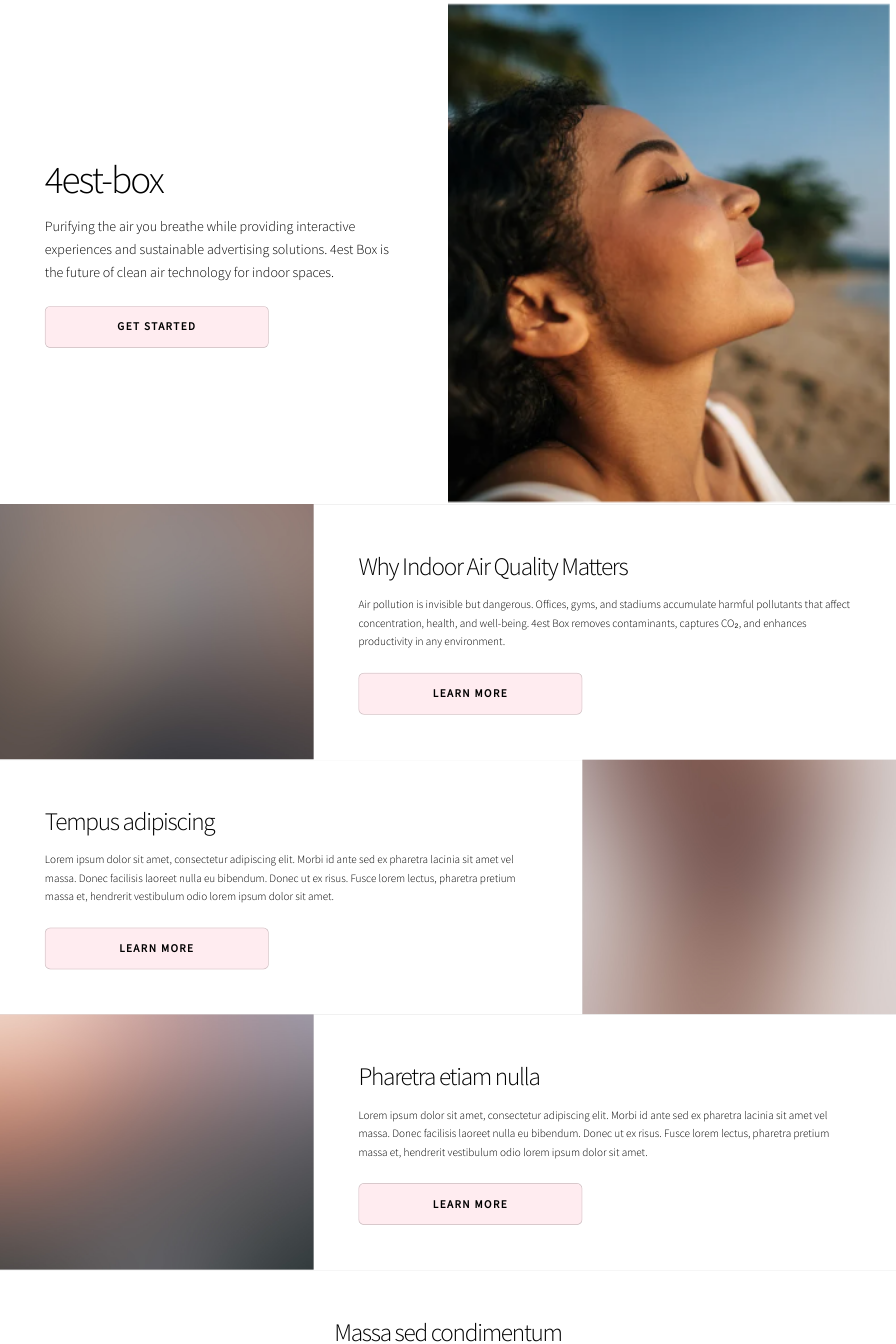
Repository: alejandroRdzGarza/4est-box-landing-page
Page: index.html
An editor plug-in stored every save of this project. The page is shown before and after a run of saves, followed by the edit.
The browser window is 1280 px wide. The pictures show the part of the page from y = 0 to 1920 px (the page is 5742 px tall), at 70% of full size.

Above is the page before, as saved 2025-03-04 18:58:38.

### index.html
<!DOCTYPE HTML>
<!--
	Story by HTML5 UP
	html5up.net | @ajlkn
	Free for personal and commercial use under the CCA 3.0 license (html5up.net/license)
-->
<html>
	<head>
		<title>Story by HTML5 UP</title>
		<meta charset="utf-8" />
		<meta name="viewport" content="width=device-width, initial-scale=1, user-scalable=no" />
		<link rel="stylesheet" href="assets/css/main.css" />
		<link rel="stylesheet" href="assets/css/pricing-table.css" />
		<noscript><link rel="stylesheet" href="assets/css/noscript.css" /></noscript>
	</head>
	<body class="is-preload">

		<!-- Wrapper -->
			<div id="wrapper" class="divided">

				<!-- One -->
					<section class="banner style1 orient-left content-align-left image-position-right fullscreen onload-image-fade-in onload-content-fade-right">
						<div class="content">
							<h1>4est-box</h1>
							<p class="major">Purifying the air you breathe while providing interactive experiences and sustainable advertising solutions. 4est Box is the future of clean air technology for indoor spaces.</p>
							<ul class="actions stacked">
								<li><a href="#first" class="button big wide smooth-scroll-middle">Get Started</a></li>
							</ul>
						</div>
						<div class="image">
							<img src="images-landing/5.png" alt="" />
						</div>
					</section>

				<!-- Two -->
					<section class="spotlight style1 orient-right content-align-left image-position-center onscroll-image-fade-in" id="first">
						<div class="content">
							<h2>Why Indoor Air Quality Matters</h2>
							<p>Air pollution is invisible but dangerous. Offices, gyms, and stadiums accumulate harmful pollutants that affect concentration, health, and well-being. 4est Box removes contaminants, captures CO₂, and enhances productivity in any environment.</p>
							<ul class="actions stacked">
								<li><a href="#" class="button">Learn More</a></li>
							</ul>
						</div>
						<div class="image">
							<img src="images/spotlight01.jpg" alt="" />
						</div>
					</section>

				<!-- Three -->
					<section class="spotlight style1 orient-left content-align-left image-position-center onscroll-image-fade-in">
						<div class="content">
							<h2>Tempus adipiscing</h2>
							<p>Lorem ipsum dolor sit amet, consectetur adipiscing elit. Morbi id ante sed ex pharetra lacinia sit amet vel massa. Donec facilisis laoreet nulla eu bibendum. Donec ut ex risus. Fusce lorem lectus, pharetra pretium massa et, hendrerit vestibulum odio lorem ipsum dolor sit amet.</p>
							<ul class="actions stacked">
								<li><a href="#" class="button">Learn More</a></li>
							</ul>
						</div>
						<div class="image">
							<img src="images/spotlight02.jpg" alt="" />
						</div>
					</section>

				<!-- Four -->
					<section class="spotlight style1 orient-right content-align-left image-position-center onscroll-image-fade-in">
						<div class="content">
							<h2>Pharetra etiam nulla</h2>
							<p>Lorem ipsum dolor sit amet, consectetur adipiscing elit. Morbi id ante sed ex pharetra lacinia sit amet vel massa. Donec facilisis laoreet nulla eu bibendum. Donec ut ex risus. Fusce lorem lectus, pharetra pretium massa et, hendrerit vestibulum odio lorem ipsum dolor sit amet.</p>
							<ul class="actions stacked">
								<li><a href="#" class="button">Learn More</a></li>
							</ul>
						</div>
						<div class="image">
							<img src="images/spotlight03.jpg" alt="" />
						</div>
					</section>

				<!-- Five -->
					<section class="wrapper style1 align-center">
						<div class="inner">
							<h2>Massa sed condimentum</h2>
							<p>Lorem ipsum dolor sit amet, consectetur adipiscing elit. Morbi id ante sed ex pharetra lacinia sit amet vel massa. Donec facilisis laoreet nulla eu bibendum. Donec ut ex risus. Fusce lorem lectus, pharetra pretium massa et, hendrerit vestibulum odio lorem ipsum.</p>
						</div>

						<!-- Gallery -->
							<div class="gallery style2 medium lightbox onscroll-fade-in">
								<article>
									<a href="images/gallery/fulls/01.jpg" class="image">
										<img src="images/gallery/thumbs/01.jpg" alt="" />
									</a>
									<div class="caption">
										<h3>Ipsum Dolor</h3>
										<p>Lorem ipsum dolor amet, consectetur magna etiam elit. Etiam sed ultrices.</p>
										<ul class="actions fixed">
											<li><span class="button small">Details</span></li>
										</ul>
									</div>
								</article>
								<article>
									<a href="images/gallery/fulls/02.jpg" class="image">
										<img src="images/gallery/thumbs/02.jpg" alt="" />
									</a>
									<div class="caption">
										<h3>Feugiat Lorem</h3>
										<p>Lorem ipsum dolor amet, consectetur magna etiam elit. Etiam sed ultrices.</p>
										<ul class="actions fixed">
											<li><span class="button small">Details</span></li>
										</ul>
									</div>
								</article>
								<article>
									<a href="images/gallery/fulls/03.jpg" class="image">
										<img src="images/gallery/thumbs/03.jpg" alt="" />
									</a>
									<div class="caption">
										<h3>Magna Amet</h3>
										<p>Lorem ipsum dolor amet, consectetur magna etiam elit. Etiam sed ultrices.</p>
										<ul class="actions fixed">
											<li><span class="button small">Details</span></li>
										</ul>
									</div>
								</article>
								<article>
									<a href="images/gallery/fulls/04.jpg" class="image">
										<img src="images/gallery/thumbs/04.jpg" alt="" />
									</a>
									<div class="caption">
										<h3>Sed Tempus</h3>
										<p>Lorem ipsum dolor amet, consectetur magna etiam elit. Etiam sed ultrices.</p>
										<ul class="actions fixed">
											<li><span class="button small">Details</span></li>
										</ul>
									</div>
								</article>
								<article>
									<a href="images/gallery/fulls/05.jpg" class="image">
										<img src="images/gallery/thumbs/05.jpg" alt="" />
									</a>
									<div class="caption">
										<h3>Ultrices Magna</h3>
										<p>Lorem ipsum dolor amet, consectetur magna etiam elit. Etiam sed ultrices.</p>
										<ul class="actions fixed">
											<li><span class="button small">Details</span></li>
										</ul>
									</div>
								</article>
								<article>
									<a href="images/gallery/fulls/06.jpg" class="image">
										<img src="images/gallery/thumbs/06.jpg" alt="" />
									</a>
									<div class="caption">
										<h3>Sed Tempus</h3>
										<p>Lorem ipsum dolor amet, consectetur magna etiam elit. Etiam sed ultrices.</p>
										<ul class="actions fixed">
											<li><span class="button small">Details</span></li>
										</ul>
									</div>
								</article>
								<article>
									<a href="images/gallery/fulls/07.jpg" class="image">
										<img src="images/gallery/thumbs/07.jpg" alt="" />
									</a>
									<div class="caption">
										<h3>Ipsum Lorem</h3>
										<p>Lorem ipsum dolor amet, consectetur magna etiam elit. Etiam sed ultrices.</p>
										<ul class="actions fixed">
											<li><span class="button small">Details</span></li>
										</ul>
									</div>
								</article>
								<article>
									<a href="images/gallery/fulls/08.jpg" class="image">
										<img src="images/gallery/thumbs/08.jpg" alt="" />
									</a>
									<div class="caption">
										<h3>Magna Risus</h3>
										<p>Lorem ipsum dolor amet, consectetur magna etiam elit. Etiam sed ultrices.</p>
										<ul class="actions fixed">
											<li><span class="button small">Details</span></li>
										</ul>
									</div>
								</article>
								<article>
									<a href="images/gallery/fulls/09.jpg" class="image">
										<img src="images/gallery/thumbs/09.jpg" alt="" />
									</a>
									<div class="caption">
										<h3>Tempus Dolor</h3>
										<p>Lorem ipsum dolor amet, consectetur magna etiam elit. Etiam sed ultrices.</p>
										<ul class="actions fixed">
											<li><span class="button small">Details</span></li>
										</ul>
									</div>
								</article>
								<article>
									<a href="images/gallery/fulls/10.jpg" class="image">
										<img src="images/gallery/thumbs/10.jpg" alt="" />
									</a>
									<div class="caption">
										<h3>Sed Etiam</h3>
										<p>Lorem ipsum dolor amet, consectetur magna etiam elit. Etiam sed ultrices.</p>
										<ul class="actions fixed">
											<li><span class="button small">Details</span></li>
										</ul>
									</div>
								</article>
								<article>
									<a href="images/gallery/fulls/11.jpg" class="image">
										<img src="images/gallery/thumbs/11.jpg" alt="" />
									</a>
									<div class="caption">
										<h3>Magna Lorem</h3>
										<p>Lorem ipsum dolor amet, consectetur magna etiam elit. Etiam sed ultrices.</p>
										<ul class="actions fixed">
											<li><span class="button small">Details</span></li>
										</ul>
									</div>
								</article>
								<article>
									<a href="images/gallery/fulls/12.jpg" class="image">
										<img src="images/gallery/thumbs/12.jpg" alt="" />
									</a>
									<div class="caption">
										<h3>Ipsum Dolor</h3>
										<p>Lorem ipsum dolor amet, consectetur magna etiam elit. Etiam sed ultrices.</p>
										<ul class="actions fixed">
											<li><span class="button small">Details</span></li>
										</ul>
									</div>
								</article>
							</div>

					</section>

				<!-- Six -->
					<section class="wrapper style1 align-center">
						<div class="inner">
							<h2>Ipsum sed consequat</h2>
							<p>Lorem ipsum dolor sit amet, consectetur adipiscing elit. Morbi id ante sed ex pharetra lacinia sit amet vel massa. Donec facilisis laoreet nulla eu bibendum. Donec ut ex risus. Fusce lorem lectus, pharetra pretium massa et, hendrerit vestibulum odio lorem ipsum.</p>
							<div class="items style1 medium onscroll-fade-in">
								<section>
									<span class="icon style2 major fa-gem"></span>
									<h3>Lorem</h3>
									<p>Lorem ipsum dolor sit amet, consectetur adipiscing elit. Morbi dui turpis, cursus eget orci amet aliquam congue semper. Etiam eget ultrices risus nec tempor elit.</p>
								</section>
								<section>
									<span class="icon solid style2 major fa-save"></span>
									<h3>Ipsum</h3>
									<p>Lorem ipsum dolor sit amet, consectetur adipiscing elit. Morbi dui turpis, cursus eget orci amet aliquam congue semper. Etiam eget ultrices risus nec tempor elit.</p>
								</section>
								<section>
									<span class="icon solid style2 major fa-chart-bar"></span>
									<h3>Dolor</h3>
									<p>Lorem ipsum dolor sit amet, consectetur adipiscing elit. Morbi dui turpis, cursus eget orci amet aliquam congue semper. Etiam eget ultrices risus nec tempor elit.</p>
								</section>
								<section>
									<span class="icon solid style2 major fa-wifi"></span>
									<h3>Amet</h3>
									<p>Lorem ipsum dolor sit amet, consectetur adipiscing elit. Morbi dui turpis, cursus eget orci amet aliquam congue semper. Etiam eget ultrices risus nec tempor elit.</p>
								</section>
								<section>
									<span class="icon solid style2 major fa-cog"></span>
									<h3>Magna</h3>
									<p>Lorem ipsum dolor sit amet, consectetur adipiscing elit. Morbi dui turpis, cursus eget orci amet aliquam congue semper. Etiam eget ultrices risus nec tempor elit.</p>
								</section>
								<section>
									<span class="icon style2 major fa-paper-plane"></span>
									<h3>Tempus</h3>
									<p>Lorem ipsum dolor sit amet, consectetur adipiscing elit. Morbi dui turpis, cursus eget orci amet aliquam congue semper. Etiam eget ultrices risus nec tempor elit.</p>
								</section>
								<section>
									<span class="icon solid style2 major fa-desktop"></span>
									<h3>Aliquam</h3>
									<p>Lorem ipsum dolor sit amet, consectetur adipiscing elit. Morbi dui turpis, cursus eget orci amet aliquam congue semper. Etiam eget ultrices risus nec tempor elit.</p>
								</section>
								<section>
									<span class="icon solid style2 major fa-sync-alt"></span>
									<h3>Elit</h3>
									<p>Lorem ipsum dolor sit amet, consectetur adipiscing elit. Morbi dui turpis, cursus eget orci amet aliquam congue semper. Etiam eget ultrices risus nec tempor elit.</p>
								</section>
								<section>
									<span class="icon solid style2 major fa-hashtag"></span>
									<h3>Morbi</h3>
									<p>Lorem ipsum dolor sit amet, consectetur adipiscing elit. Morbi dui turpis, cursus eget orci amet aliquam congue semper. Etiam eget ultrices risus nec tempor elit.</p>
								</section>
								<section>
									<span class="icon solid style2 major fa-bolt"></span>
									<h3>Turpis</h3>
									<p>Lorem ipsum dolor sit amet, consectetur adipiscing elit. Morbi dui turpis, cursus eget orci amet aliquam congue semper. Etiam eget ultrices risus nec tempor elit.</p>
								</section>
								<section>
									<span class="icon solid style2 major fa-envelope"></span>
									<h3>Ultrices</h3>
									<p>Lorem ipsum dolor sit amet, consectetur adipiscing elit. Morbi dui turpis, cursus eget orci amet aliquam congue semper. Etiam eget ultrices risus nec tempor elit.</p>
								</section>
								<section>
									<span class="icon solid style2 major fa-leaf"></span>
									<h3>Risus</h3>
									<p>Lorem ipsum dolor sit amet, consectetur adipiscing elit. Morbi dui turpis, cursus eget orci amet aliquam congue semper. Etiam eget ultrices risus nec tempor elit.</p>
								</section>
							</div>
						</div>
					</section>


					<section class="plans__container">
						<div class="plans">
						<div class="plansHero">
							<h1 class="plansHero__title">Simple, transparent pricing</h1>
							<p class="plansHero__subtitle">No contracts. No suprise fees.</p>
						</div>
						<div class="planItem__container">
							<!--free plan starts -->
							<div class="planItem planItem--free">

							<div class="card">
								<div class="card__header">
								<div class="card__icon symbol symbol--rounded"></div>
								<h2>Free</h2>
								</div>
								<div class="card__desc">Lorem ipsum dolor sit amet, consectetur adipisicing elit, sed do</div>
							</div>

							<div class="price">$0<span>/ month</span></div>

							<ul class="featureList">
								<li>2 links</li>
								<li>Own analytics platform</li>
								<li class="disabled">Chat support</li>
								<li class="disabled">Mobile application</li>
								<li class="disabled">Unlimited users</li>
							</ul>

							<button class="button">Get Started</button>
							</div>
							<!--free plan ends -->

							<!--pro plan starts -->
							<div class="planItem planItem--pro">
							<div class="card">
								<div class="card__header">
								<div class="card__icon symbol"></div>
								<h2>Pro</h2>
								<div class="card__label label">Best Value</div>
								</div>
								<div class="card__desc">Ut enim ad minim veniam, quis nostrud exercitation ullamco laboris</div>
							</div>

							<div class="price">$18<span>/ month</span></div>

							<ul class="featureList">
								<li>2 links</li>
								<li>Own analytics platform</li>
								<li>Chat support</li>
								<li class="disabled">Mobile application</li>
								<li class="disabled">Unlimited users</li>
							</ul>

							<button class="button button--pink">Get Started</button>
							</div>
							<!--pro plan ends -->

							<!--entp plan starts -->
							<div class="planItem planItem--entp">
							<div class="card">
								<div class="card__header">
								<div class="card__icon"></div>
								<h2>Enterprise</h2>
								</div>
								<div class="card__desc">Nisi ut aliquip ex ea commodo consequat. Duis aute irure dolor</div>
							</div>

							<div class="price">Let's Talk</div>

							<ul class="featureList">
								<li>2 links</li>
								<li>Own analytics platform</li>
								<li>Chat support</li>
								<li>Mobile application</li>
								<li>Unlimited users</li>
								<li>Customize Panel</li>
							</ul>

							<button class="button button--white">Get Started</button>
							</div>
							<!--entp plan ends -->

						</div>
						</div>
					</section>

				<!-- Seven -->
					<section class="wrapper style1 align-center">
						<div class="inner medium">
							<h2>Get in touch</h2>
							<form method="post" action="#">
								<div class="fields">
									<div class="field half">
										<label for="name">Name</label>
										<input type="text" name="name" id="name" value="" />
									</div>
									<div class="field half">
										<label for="email">Email</label>
										<input type="email" name="email" id="email" value="" />
									</div>
									<div class="field">
										<label for="message">Message</label>
										<textarea name="message" id="message" rows="6"></textarea>
									</div>
								</div>
								<ul class="actions special">
									<li><input type="submit" name="submit" id="submit" value="Send Message" /></li>
								</ul>
							</form>

						</div>
					</section>

				<!-- Footer -->
					<footer class="wrapper style1 align-center">
						<div class="inner">
							<ul class="icons">
								<li><a href="#" class="icon brands style2 fa-twitter"><span class="label">Twitter</span></a></li>
								<li><a href="#" class="icon brands style2 fa-facebook-f"><span class="label">Facebook</span></a></li>
								<li><a href="#" class="icon brands style2 fa-instagram"><span class="label">Instagram</span></a></li>
								<li><a href="#" class="icon brands style2 fa-linkedin-in"><span class="label">LinkedIn</span></a></li>
								<li><a href="#" class="icon style2 fa-envelope"><span class="label">Email</span></a></li>
							</ul>
							<p>&copy; Untitled. Design: <a href="https://html5up.net">HTML5 UP</a>.</p>
						</div>
					</footer>

			</div>

		<!-- Scripts -->
			<script src="assets/js/jquery.min.js"></script>
			<script src="assets/js/jquery.scrollex.min.js"></script>
			<script src="assets/js/jquery.scrolly.min.js"></script>
			<script src="assets/js/browser.min.js"></script>
			<script src="assets/js/breakpoints.min.js"></script>
			<script src="assets/js/util.js"></script>
			<script src="assets/js/main.js"></script>

	</body>
</html>

Loaded but not shown: assets/css/main.css (library); assets/css/fontawesome-all.min.css (library); assets/js/jquery.min.js (library); assets/js/jquery.scrollex.min.js (common file); assets/js/jquery.scrolly.min.js (common file); assets/js/browser.min.js (common file); assets/js/breakpoints.min.js (common file); assets/js/util.js (587 lines, source omitted); assets/js/main.js (341 lines, source omitted); assets/css/pricing-table.css (287 lines, source omitted)

After the next 3 saves:
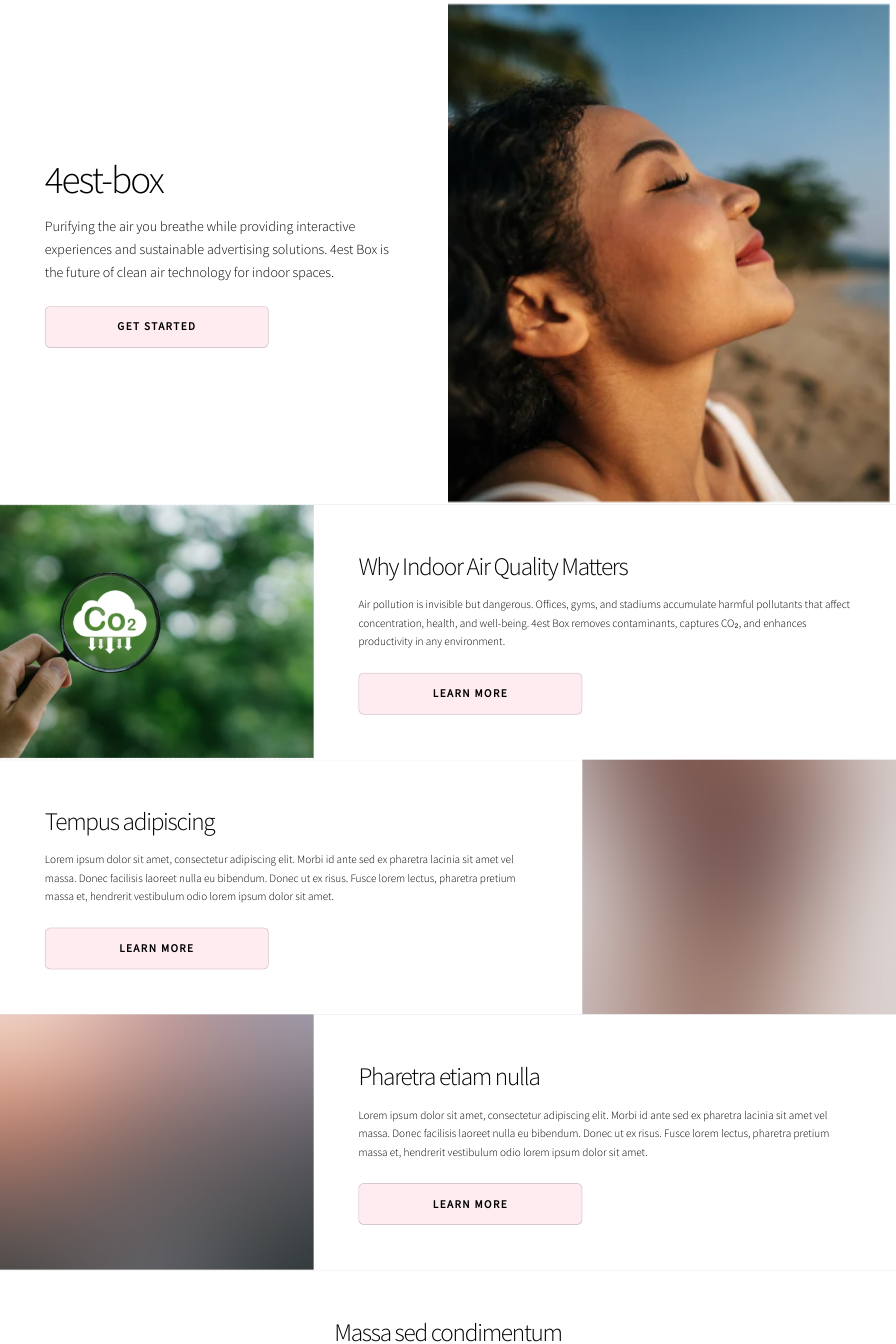
The 3 saves are shown as one change because they came seconds apart.
The last was saved 67 s later.
--- a/index.html
+++ b/index.html
@@ -42,7 +42,7 @@
 							</ul>
 						</div>
 						<div class="image">
-							<img src="images/spotlight01.jpg" alt="" />
+							<img src="images-landing/1.png" alt="" />
 						</div>
 					</section>
 
